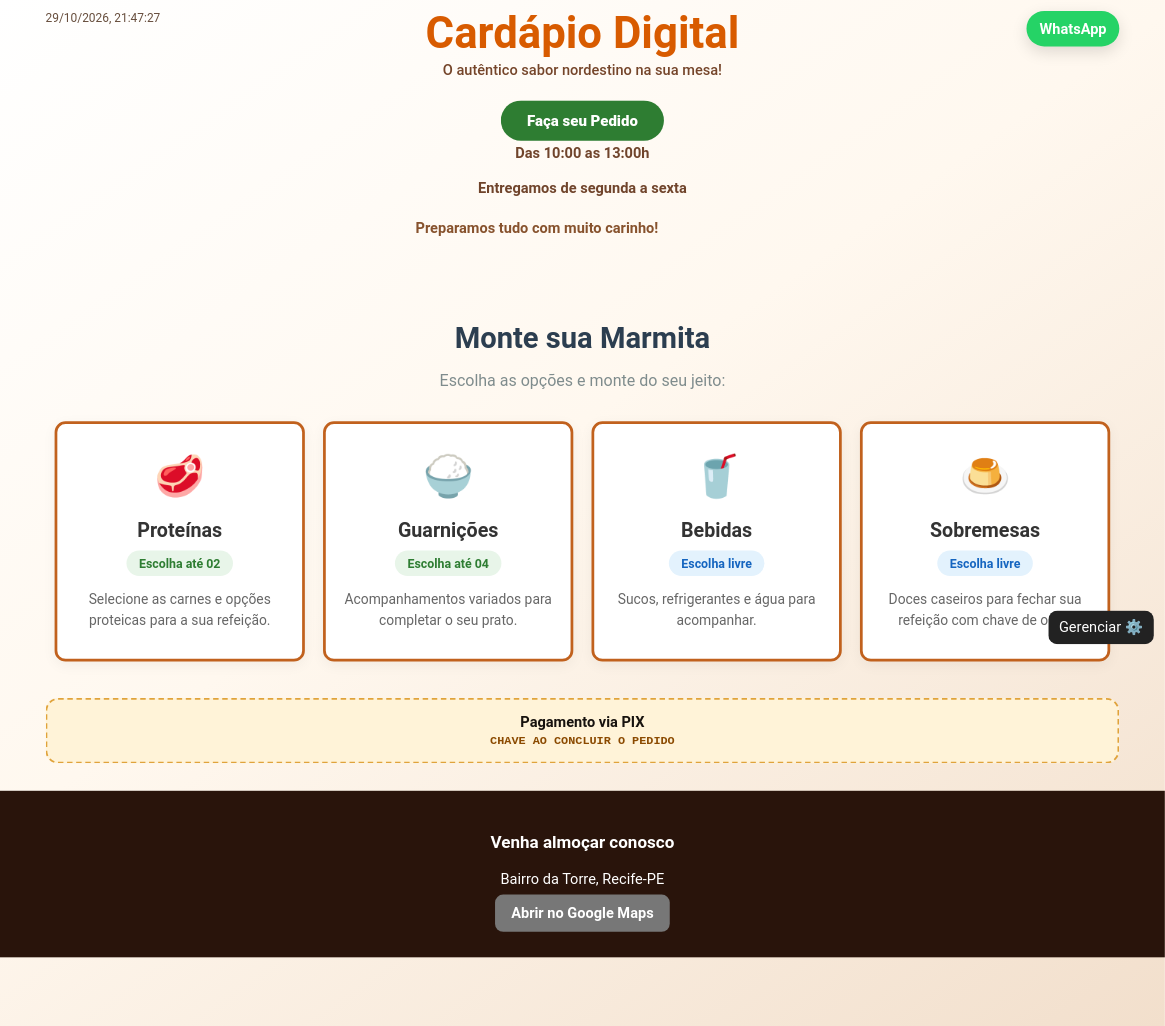
Repository: JeffRodFer/sd-copy-01-frontend
Page: index.html
The author's editor kept a copy of each file at every save. The page is drawn from the files as they stood at one save, then again after a run of saves.
The browser window is 1280 px wide. The pictures show the whole page, at 91% of full size.
The page's requests for data from a server got no answer.

Above is the page before, as saved 2026-10-30 22:47:09.

After the next 2 saves:
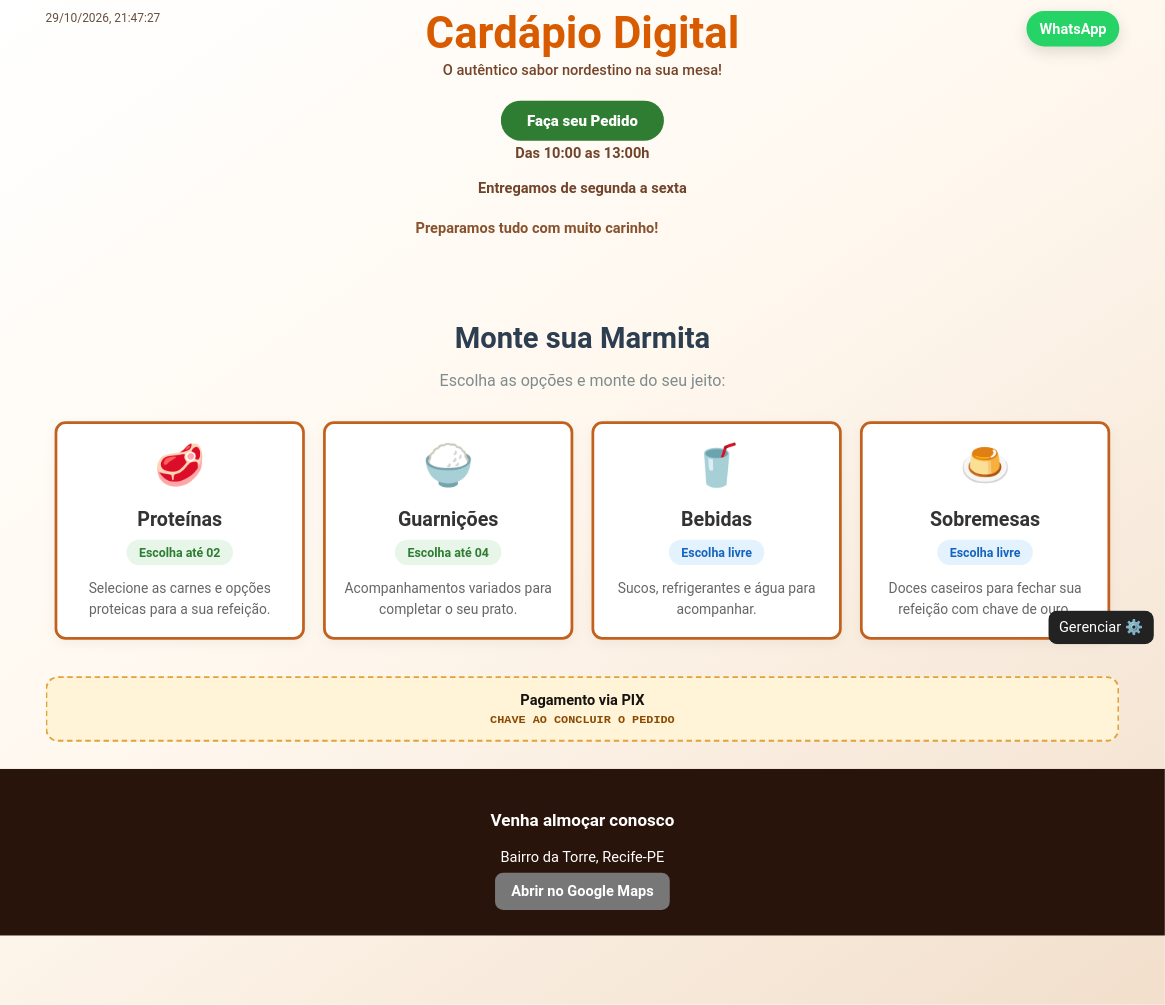
The 2 saves are shown as one change because they came seconds apart.
The last was saved 4 min 10 s later.
--- a/style.css
+++ b/style.css
@@ -307,7 +307,7 @@ ESTILOS DA SEÇÃO DE CATEGORIAS (PÁGINA PRINCIPAL)
 .category-card {
   background: #ffffff;
   border-radius: 12px;
-  padding: 30px 20px;
+  padding: 18px 20px;
   box-shadow: 0 4px 15px rgba(0, 0, 0, 0.05);
   transition: transform 0.3s ease, box-shadow 0.3s ease;
   border: 3px solid #c1611d;
